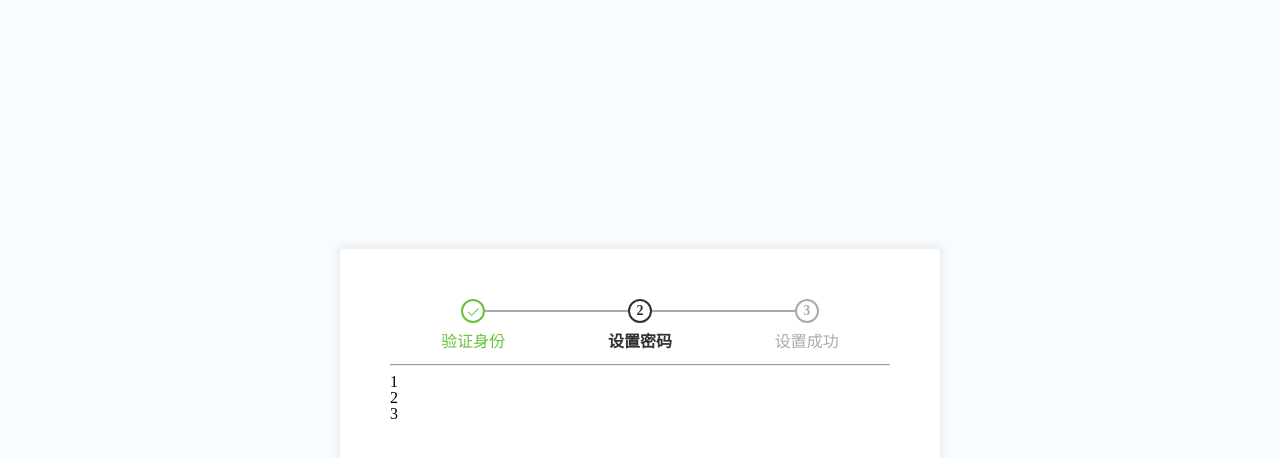
Repository: Harmony-camp/ckw-manager
Page: /#/ForgotPassword (app in manage/)
The author's editor kept a copy of each file at every save. The page is drawn from the files as they stood at one save, then again after a run of saves.
The browser window is 1280 px wide. The pictures show the whole page.
The project was rebuilt for these pictures with package versions that can differ from the ones it lists, and the page was loaded fresh each time. Also part of the build but not shown: manage/vite.config.js.

Above is the page before, as saved 2023-05-27 10:16:22.

### manage/src/main.js
import { createApp } from 'vue'
import router from './router'
import ElementPlus from 'element-plus'
import 'element-plus/dist/index.css'
import App from './App.vue'
import store from './store'
import * as ELIcons from '@element-plus/icons-vue'
import storage from './utils/storage'

const app = createApp(App)

app.directive("has",{
	beforeMount:(el,binding)=>{

		let actionList = storage.getItem("actionList")
		let value = binding.value
		let hasPermission = actionList.includes(value)
		if(!hasPermission){
			el.style="display:none"
			setTimeout(()=>{
				el.parentNode.removeChild(el)
			},0)
		}
	}
})

for (let iconName in ELIcons) {
	app.component(iconName, ELIcons[iconName])
}

app.use(router).use(store).use(ElementPlus).mount('#app')

### manage/src/router/index.js
import { createRouter, createWebHashHistory } from 'vue-router'
import { defineAsyncComponent } from 'vue'

import storage from '../utils/storage'
import {getPermissionList} from '../api'
import utils from '../utils/utils'

const routes = [
  {
    name: "home",
    path: "/",
    component: ()=>import("../components/Home.vue"),
    redirect: "Welcome",
    meta: {
      title: "首页"
    },
    children: [
      {
        name: "welcome",
        path: "/welcome",
        meta: {
          title: "欢迎使用本系统"
        },
        component: () => import("../views/Welcome.vue")
      },
      {
        name: "profile",
        path: "/profile",
        redirect: "analysis",
        meta: {
          title: "个人中心"
        },
        component: () => import("../views/profile/index.vue"),
        children:[
          {
            name: "analysis",
            path: "/profile/analysis",
            meta: {
              title: "个人整体分析"
            },
            component: () => import("../views/profile/Analysis.vue"),
          },
          {
            name: "award-time",
            path: "/profile/award-time",
            meta: {
              title: "获奖时间"
            },
            component: () => import("../views/profile/AwardTime.vue"),
          },
        ]
      },
    ]
  },

  {
    name: "login",
    path: "/login",
    meta: {
      title: "登录"
    },
    component: () => import("../views/login/Login.vue")
  },
  {
    name: "register",
    path: "/register",
    meta: {
      title: "注册"
    },
    component: () => import("../views/login/Register.vue")
  },
  {
    name: "ForgotPassword",
    path: "/ForgotPassword",
    meta: {
      title: "注册"
    },
    component: () => import("../views/login/ForgotPassword.vue")
  },

  {
    name: "404",
    path: "/404",
    meta: {
      title: "页面不存在"
    },
    component: () => import("../views/login/404.vue")
  },

]

const router = createRouter({
  history: createWebHashHistory(),
  routes
})

async function loadAsyncRoutes(){
  let userinfo  = storage.getItem("userinfo") || {}
  if(userinfo.token){
    try{
      const {menuList} =  await getPermissionList()
      let routes = utils.generateRoute(menuList)
      routes.map(route=>{
        let url = `../views/${route.component}.vue`
        route.component =  ()=>import(/* @vite-ignore */url)
        router.addRoute("home",route)
      })
    }catch(error){
      console.log('error :>> ', error);
    }
  }
}

await loadAsyncRoutes()
function checkPermission(path){
  let routes =[]
  router.getRoutes().forEach(item=>{
    routes.push(item.path)
  })
  return routes.includes(path)
}

router.beforeEach((to,form,next)=>{
  if(checkPermission(to.path) || to.path =="/"){
    document.title = to.meta.title
    next()
  }else{
    next("/404")
  }
})

export default router

### manage/src/App.vue
<template>
  <router-view></router-view>
</template>

<script setup>

</script>

<style lang="scss">
@import './assets/style/reset.css';
@import './assets/style/index.scss';
</style>

### manage/src/store/index.js
/**
 * vuex状态管理
 */
import {createStore} from 'vuex'
import mutations from './mutations'
import storage from '../utils/storage'

const state = {
  userinfo:storage.getItem("userinfo") || {},
  menuLit:storage.getItem("menuList") || [],
  actionList :storage.getItem("actionListList") || [],
  noticeCount:0
}

export default createStore({
  state,
  mutations
})

### manage/src/utils/storage.js
/**
 * Storage二次封装
 * @author yyy
 */
import config from "../config"

export default{
  setItem(key,val){
    let storage = this.getStorage()
    storage[key] = val
    window.localStorage.setItem(config.namespace,JSON.stringify(storage))
  },
  getItem(key){
    return this.getStorage()[key]
  },
  getStorage(){
    return JSON.parse( window.localStorage.getItem(config.namespace )|| "{}")
  },
  clearItem(key){
    let storage = this.getStorage()
    delete storage[key]
    window.localStorage.setItem(config.namespace,JSON.stringify(storage))
  },
  clearAll(){
    window.localStorage.clear()
  },
}

### manage/src/api/index.js
/**
 * api管理
 */

import request from "../utils/request"

/**
 * 用户登录
 * @param {Object} params
 * @returns
 */
export  const UserLogin = (params)=>{
  return request({
      url:"/users/login",
      method:"post",
      data:params,
    })
  }

/**
 * 获取是否有信息需要处理
 * @param {Object} params
 * @returns
 */
export  const NoticeCount = (params)=>{
  return request({
    url:"/leave/count",
    method:"get",
    data:params,
    // mock:true
  })
}

/**
 * 获取菜单
 * @returns
 */
export  const MenuList = (params)=>{
  return request({
    url:"/menu/list",
    method:"get",
    data:params,
    // mock:true
  })
}

/**
 * 获取用户列表
 * @param {Object} params
 * @returns
 */

export  const GetUserList = (params)=>{
  return request({
    url:"/users/list",
    method:"get",
    data:params,
  })
}
export  const GetAllUserList = ()=>{
  return request({
    url:"/users/all/list",
    method:"get",
    // mock:true
  })
}
/**
 * 删除用户，可批量删除
 * @param {Array} params
 * @returns
 */
export  const UserDelete = (params)=>{
  return request({
    url:"/users/delete",
    method:"post",
    data:params,
    // mock:true
  })
}
/**
 * 获取角色信息
 * @returns
 */
export  const GetRoleAllList = ()=>{
  return request({
    url:"/roles/allList",
    method:"get",
    data:{},
    // mock:true
  })
}
export  const GetRoleList = (param)=>{
  return request({
    url:"/roles/list",
    method:"get",
    data:param,
    // mock:true
  })
}
/**
 * 获取部门信息
 * @returns
 */
export  const GetDeptList = (params)=>{
  return request({
    url:"/dept/list",
    method:"get",
    data:params,
    // mock:true
  })
}

/**
 * 角色增删改查
 * @param {Object} params
 * @returns
 */
export  const UserSubmit = (params)=>{
  return request({
    url:"/users/operate",
    method:"post",
    data:params,
    // mock:true
  })
}
/**
 * 菜单操作
 * @param {Object} params
 * @returns
 */
export  const MenuSubmit = (params)=>{
  return request({
    url:"/menu/operate",
    method:"post",
    data:params,
    // mock:true
  })
}

export  const RoleOperate = (params)=>{
  return request({
    url:"/roles/operate",
    method:"post",
    data:params,
    // mock:true
  })
}
export  const DeptOperate = (params)=>{
  return request({
    url:"/dept/operate",
    method:"post",
    data:params,
    // mock:true
  })
}
export  const UpdatePermission = (params)=>request({
    url:"/roles/update/permission",
    method:"post",
    data:params,
    // mock:true
})



export const getPermissionList = ()=>request.get("/users/getPermissionList")
export const GetApplyList  = params=>request.get("/leave/list",params,{mock:false})
export const LeaveOperate  = params=>request.post("/leave/operate",params,{mock:false})
export const LeaveApprove  = params=>request.post("/leave/approve",params,{mock:false})

export const dataToTestify  = params=>request.post("/teacher/createTestify",params)

//获取注册页面角色
export const getRegisterRoleList = params=>request.get("/roles/allList",params)

//获取模块分类排序数据
export const querySortList = params=>request.get("/teacher/query",params)

export const GetTeacherlList = params=>request.get("/teacher/list",params)
export const GetTeacherApprovallList = params=>request.get("/teacher/approvalList",params)

### manage/src/utils/utils.js
/**
 * 工具函数封装
 */
import {GetTeacherlList} from '../api'
export default{
  formateDate(date,rule){
    let fmt = rule || 'MM-dd hh:mm:ss'

    const o = {

      "M+":date.getMonth(),
      "d+":date.getDate(),
      "h+":date.getHours(),
      "m+":date.getMinutes(),
      "s+":date.getSeconds(),

    }
    for(let key in o){
      if(new RegExp(`(${key})`).test(fmt)){
        const val = o[key] + ''
        fmt =  fmt.replace(RegExp.$1,RegExp.$1.length==1?val:('00'+val).substring(val.length))
      }
    }
    return date.getFullYear()+"-" + fmt
  },
  generateRoute(menuList){
    let routes = []

    const deepList = (list)=>{
      while(list.length){
        let item = list.pop()
        if(item.action){
          routes.push({
            name:item.menuName,
            path:item.path,
            meta:{
              title:item.menuName
            },
            component:item.component
          })

        }
        if(item.children && !item.action){
          deepList(item.children)
        }
      }
    }
    deepList(menuList)
    return routes
  },
  async getTeacherApprovalList(action,userId){

    let res = await GetTeacherlList({action,userId})
    return res
  }
}

### manage/src/views/login/ForgotPassword.vue
<template>
  <div class="forgot-wrapper">
    <div class="modal">
      <el-steps align-center :active="active" finish-status="success">
        <el-step title="验证身份" />
        <el-step title="设置密码" />
        <el-step title="设置成功" />
      </el-steps>
      <hr />
      <div class="setIdentity" v-if="active == 1">1</div>
      <div class="setPassword" v-if="active == 1">2</div>
      <div class="success" v-if="active == 1">3</div>
    </div>
  </div>
</template>

<script setup>
import {ref} from 'vue'

const active = ref(1)

</script>

<style lang="scss">
.forgot-wrapper {
  display: flex;
  justify-content: center;
  align-items: center;
  background-color: #f9fcff;
  width: 100vw;
  height: 100vh;
  .modal {
    width: 600px;
    padding: 50px;
    background-color: #fff;
    border-radius: 4px;
    box-shadow: 0px 0px 10px 3px #c7c9cb4d;
  }
}
</style>

### manage/src/assets/style/index.scss
html, body {
  height: 100%;
  width: 100%;
}
*:not([class^='el-']) {
  box-sizing: border-box;
}
.white{
  background-color: #ffffff;
}
a{
  text-decoration: none;
}
.gray{
  background-color: #eef0f3;
}
.mr10{
  margin-right: 10px;
}
.mr20{
  margin-right: 20px;
}
.mb20{
  margin-bottom: 20px;
}
.m-lr10{
  margin-left: 10px;
  margin-right: 10px;
}
.p20{
  padding: 20px;
}
.pl20{
  padding-left: 20px;
}
.text-right{
  text-align: right;
}
.fr{
  float: right;
}
.flex{
  display: flex;
}
.flex-between{
  display: flex;
  justify-content: space-between;
}
.flex-center{
  display: flex;
  justify-content: center;
}
.tips{
  margin-left: 15px;
  color: #787878;
}


/*
* 公共样式
*/
.query-form {
  background-color: #ffffff;
  padding: 22px 20px 0;
  border-radius: 5px;
}
.base-table {
  border-radius: 5px;
  background: #ffffff;
  margin-top: 20px;
  margin-bottom: 20px;
  .action {
    border-radius: 5px 5px 0px 0px;
    background: #ffffff;
    padding: 20px;
    border-bottom: 1px solid #ece8e8;
  }
  .el-pagination{
     justify-content: flex-end;
     padding-right: 20px;
     padding-top: 20px;
     padding-bottom: 5px;
  }

}

### manage/src/store/mutations.js
/**
 * Mutations业务层数据提交
 */


import storage from "../utils/storage";

export default {
  saveUserInfo(state,userinfo){
    state.userinfo = userinfo;
    storage.setItem("userinfo",userinfo)
  },
  saveMenuList(state,menuList){
    state.menuList = menuList;
    storage.setItem("menuList",menuList)
  },
  saveActionList(state,actionList){
    state.actionList = actionList;
    storage.setItem("actionList",actionList)
  },
  saveNoticeCount(state,noticeCount){
    state.noticeCount = noticeCount;
    storage.setItem("noticeCount",noticeCount)
  },
}

### manage/src/config/index.js

const env = import.meta.env.MODE || "prod";

const EnvConfig = {
  dev:{
    baseApi:"/api",
    mockApi:"https://www.fastmock.site/mock/fa4c18963ab634ec12a063962937ba52/api"
  },
  test:{
    baseApi:"https://www.fastmock.site/mock/fa4c18963ab634ec12a063962937ba52/api",
    mockApi:"https://www.fastmock.site/mock/fa4c18963ab634ec12a063962937ba52/api"
  },
  prod:{
    baseApi:"/api",
    mockApi:"https://www.fastmock.site/mock/fa4c18963ab634ec12a063962937ba52/api"
  }
}

export default{
  env:"dev",
  mock:false,
  namespace:'manage',
  ...EnvConfig[env]
}

### manage/src/utils/request.js
/**
 * axios二次封装
 */

import axios from 'axios'
import {ElMessage} from 'element-plus'
import router from '../router'
import config from '../config'
import storage from './storage'
const TOKEN_INVALID = "token认证失败，请从新登陆"
const NETWORK_ERROR = "网络请求异常，请稍后重试"

//TODO axios实例对象，添加全局配置
const service = axios.create({
  baseURL:config.baseApi,
  timeout:8000
})


service.interceptors.request.use(req=>{

  //TODO 封装请求拦截
  const headers = req.headers;
  const {token} = storage.getItem("userinfo") || {}
  if(!headers.Authorization) headers.Authorization = "Bearer "  + token
  return req

})


service.interceptors.response.use(res=>{
  const {code,data,msg} = res.data;
  if(code === 200) return data;
  else if(code === 50001){
    ElMessage.error(TOKEN_INVALID)
    setTimeout(()=>{
      router.push('/login')
      return Promise.reject(TOKEN_INVALID)
    },1500)
  }else{
    ElMessage.error(msg|| NETWORK_ERROR)
    return Promise.reject(msg||NETWORK_ERROR)
  }

})


/**
 * 请求核心参数
 * @param {*} options 请求配置
 * @returns
 */

function request(options){
  options.method = options.method || "get"
  if(options.method.toLowerCase() === 'get'){
    options.params = options.data;
  }
  let isMock  = config.mock
  if(typeof options.mock != "undefined") isMock = options.mock
  if(config.env === 'prod'){
    service.defaults.baseURL = config.baseApi
  }else{
    service.defaults.baseURL = isMock? config.mockApi:config.baseApi
  }
  return service(options)
}

["get","post","put","delete",'patch'].forEach(item=>{
  request[item] = (url,data,options)=>{
    return request({
      url,
      data,
      method:item,
      ...options
    })
  }
})

export default request

Loaded but not shown: manage/index.html (common file); manage/src/assets/style/reset.css (common file)

After the next 3 saves:
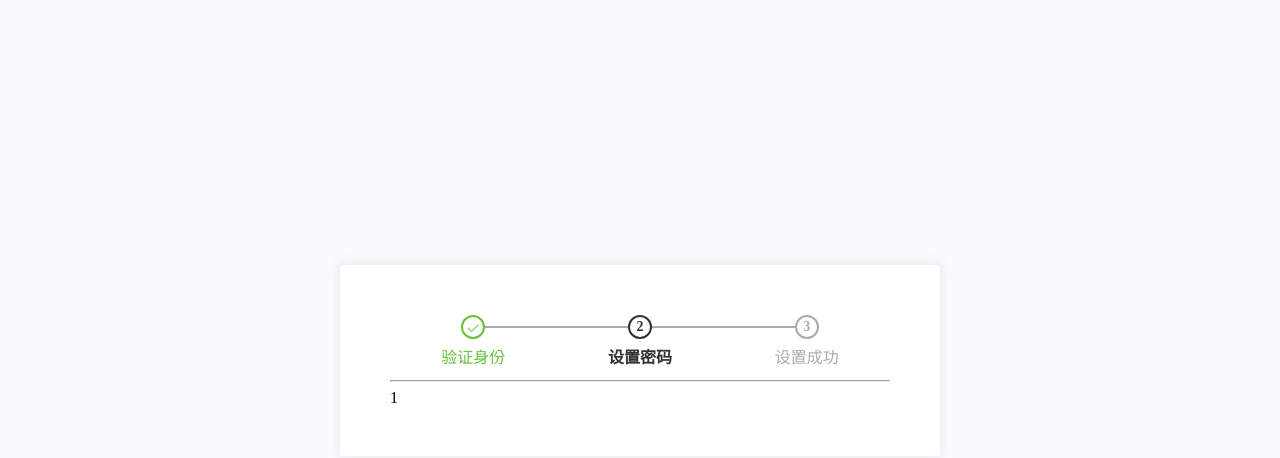
The 3 saves are shown as one change because they came seconds apart.
The last was saved 11 s later.
--- a/manage/src/views/login/ForgotPassword.vue
+++ b/manage/src/views/login/ForgotPassword.vue
@@ -8,8 +8,8 @@
       </el-steps>
       <hr />
       <div class="setIdentity" v-if="active == 1">1</div>
-      <div class="setPassword" v-if="active == 1">2</div>
-      <div class="success" v-if="active == 1">3</div>
+      <div class="setPassword" v-if="active == 2">2</div>
+      <div class="success" v-if="active == 3">3</div>
     </div>
   </div>
 </template>
